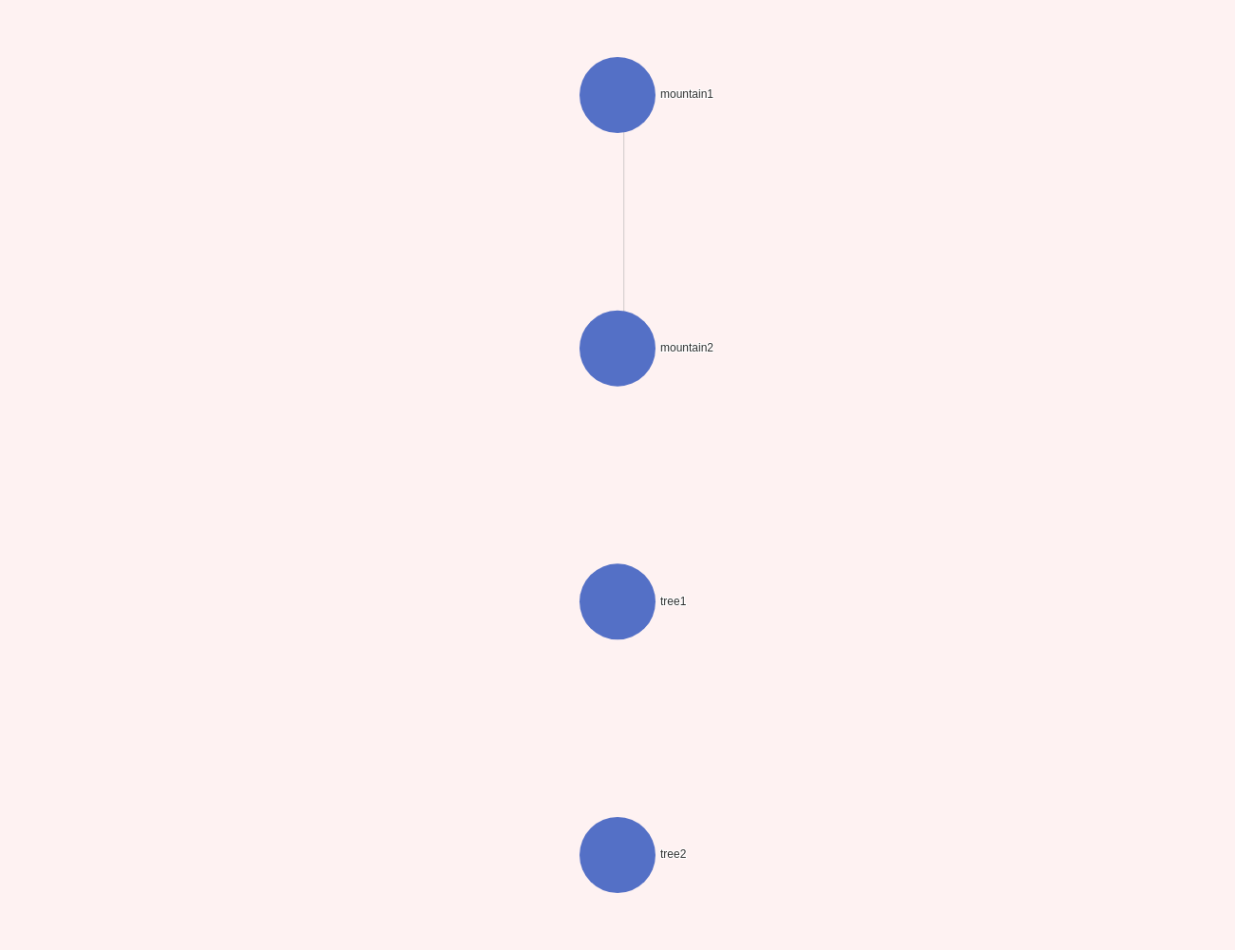
Repository: gaosth/Eyesee
Page: /link
An editor plug-in stored every save of this project. The page is shown before and after the next save, followed by the edit.
The browser window is 1280 px wide. The page is 1300 px wide, so the pictures cover 1300 px, including what lies to the right of the window. The pictures show the whole page, at 95% of full size.
The project was rebuilt for these pictures with package versions that can differ from the ones it lists, and the page was loaded fresh each time. Also part of the build but not shown: vite.config.js, src/components/WelcomeItem.vue, src/components/icons/IconDocumentation.vue, src/components/icons/IconTooling.vue, src/components/icons/IconEcosystem.vue, src/components/icons/IconCommunity.vue, src/components/icons/IconSupport.vue, src/components/TheWelcome.vue and 16 more.

Above is the page before, as saved 2024-03-19 14:39:17.

### src/main.js
import './assets/main.css'

import { createApp } from 'vue'
import { createPinia } from 'pinia'

import App from './App.vue'
import router from './router'
import axios from 'axios'

axios.defaults.baseURL = 'http://127.0.0.1:8000'

const app = createApp(App)

app.use(createPinia())
// app.use(router)
app.use(router,axios)

app.mount('#app')

### src/App.vue
<template>
  <main>
    <RouterView />
  </main>
</template>

### src/router/index.js
import { createRouter, createWebHistory } from 'vue-router'
import HomeView from '../views/HomeView.vue'
import Agent from '../views/Agent.vue'
import Heatmap from '../components/Heatmap.vue'
import Test from '../views/reference.vue'
import DetailView from '../views/DetailView.vue'
import Detail2View from '../views/Detail2View.vue'
import AnalyzeView from '../views/AnalyzeView.vue'
import Sankey from '../components/Sankey.vue'
import LinkView from '../components/imgLink.vue'

const router = createRouter({
  history: createWebHistory(import.meta.env.BASE_URL),
  routes: [
    {
      path: '/',
      name: 'home',
      component: Agent
    },
    {
      path: '/about',
      name: 'about',
      // route level code-splitting
      // this generates a separate chunk (About.[hash].js) for this route
      // which is lazy-loaded when the route is visited.
      component: () => import('../views/AboutView.vue')
    },
    {
      path: '/Agent',
      name: 'Agent',
      component: Agent
    },
    {
      path: '/Heatmap',
      name: 'Heatmap',
      component: Heatmap
    },
    {
      path: '/test',
      name: 'test',
      component: Test
    },
    {
      path: '/detail',
      name: 'detail',
      component: DetailView
    },
    {
      path: '/detail2',
      name: 'detail2',
      component: Detail2View
    },
    {
      path: '/analyze',
      name: 'analyze',
      component: AnalyzeView
    },
    {
      path: '/sankey',
      name: 'sankey',
      component: Sankey
    },
    {
      path: '/link',
      name: 'link',
      component: LinkView
    },
  ]
})

export default router

### src/components/imgLink.vue
<template>
    <div ref="chartDom" class="chartDom bg-red-50" style="width: 1300px;height:1000px;">
    </div>
  </template>

  <script setup>
  import * as echarts from 'echarts'
  import { ref, onMounted, watch } from 'vue'
  const chartDom = ref()
  import mt1 from '@/assets/case2/mountain1/01.png'

  const option = {
    tooltip: {
    },
    series: {
            type: 'graph',
            layout: 'none',
            data: [
            {
                id: '0',
                name: 'mountain1',
                symbolSize: 80,
                x: 100,
                y: 100

            },
            {
                id: '1',
                name: 'mountain2',
                symbolSize: 80,
                x: 100,
                y: 120
            },
            {
                id: '2',
                name: 'tree1',
                symbolSize: 80,
                x: 100,
                y: 140
            },
            {
                id: '3',
                name: 'tree2',
                symbolSize: 80,
                x: 100,
                y: 160
            },
            ],
            links: [
            {
                source: '0',
                target: '1',
            },
            ],
            roam: true,
            label: {
                show: true,
                position: 'right',
                formatter: '{b}'
            },
            labelLayout: {
                hideOverlap: true
            },
            scaleLimit: {
                min: 0.4,
                max: 2
            },
        }
  }
  // 不赋值给ref响应式Proxy对象
  let chart

  onMounted(() => {
    chart = echarts.init(chartDom.value)
    chart.setOption(option)
  })
  </script>

Loaded but not shown: index.html (common file); src/assets/main.css (common file); tailwind.config.js (common file)

After the next save:
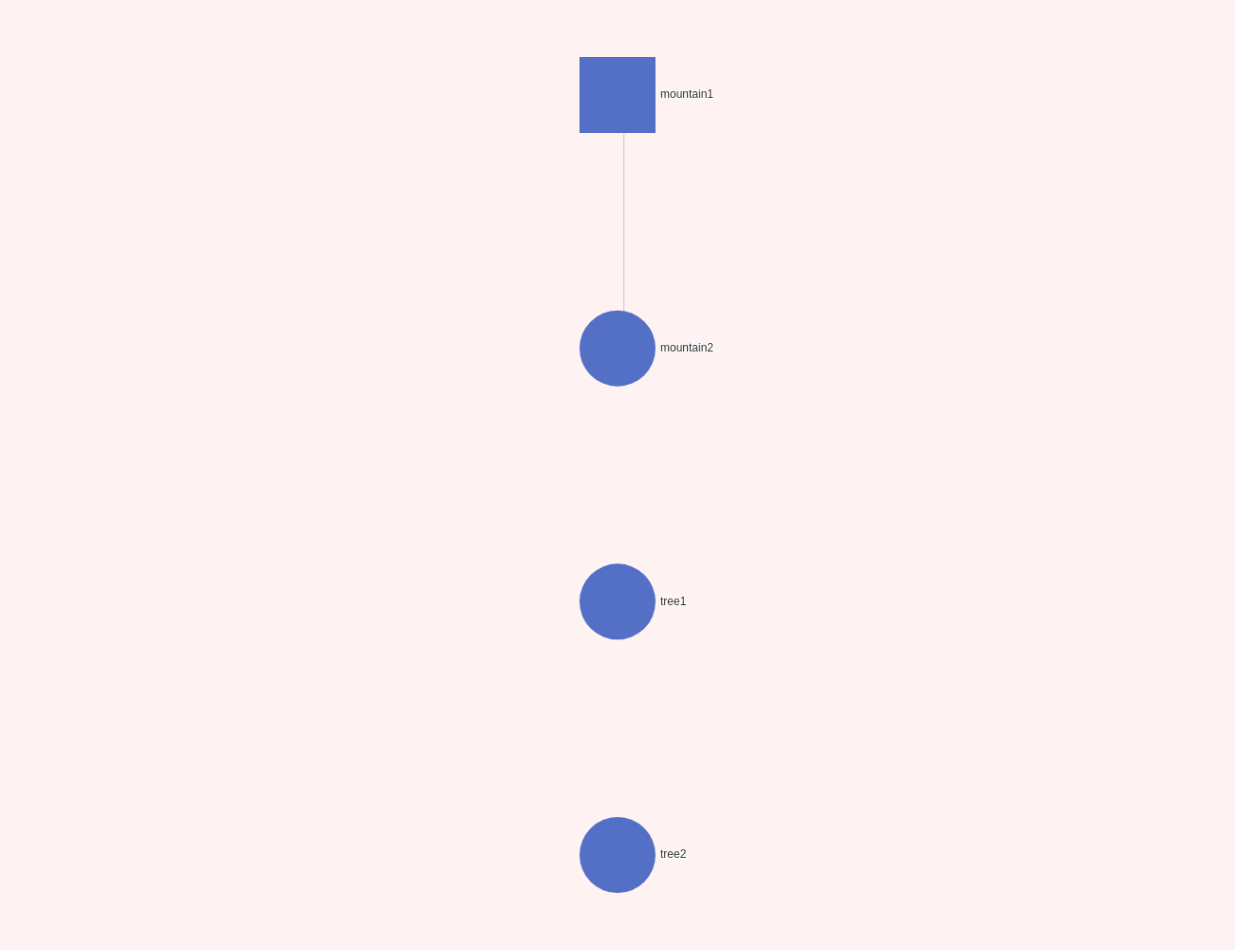
Saved 32 s later.
--- a/src/components/imgLink.vue
+++ b/src/components/imgLink.vue
@@ -20,6 +20,7 @@
                 id: '0',
                 name: 'mountain1',
                 symbolSize: 80,
+                symbol: mt1,
                 x: 100,
                 y: 100
 
